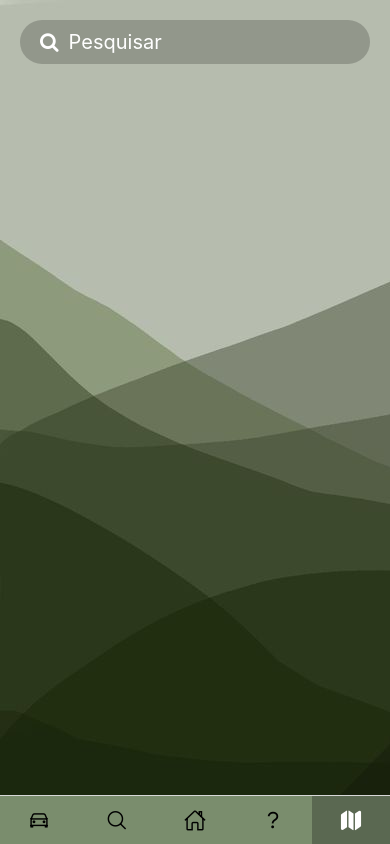
Repository: GabrielAron/EcoWheels
Screen: /Recarga
These files come from the project's save history. The screen is drawn as it stood at one moment and after the next save; the edit follows.
The app was drawn by React Native's web renderer in a window 390 px wide. The project was rebuilt for these pictures with package versions that can differ from the ones it lists, and the page was loaded fresh each time. Also part of the build but not shown: src/Paginas/Home/index.js, src/Paginas/Carros/index.js, src/Paginas/Ajuda/index.js.

Above is the screen before, as saved 2023-11-07 13:16:32.

After the next save:
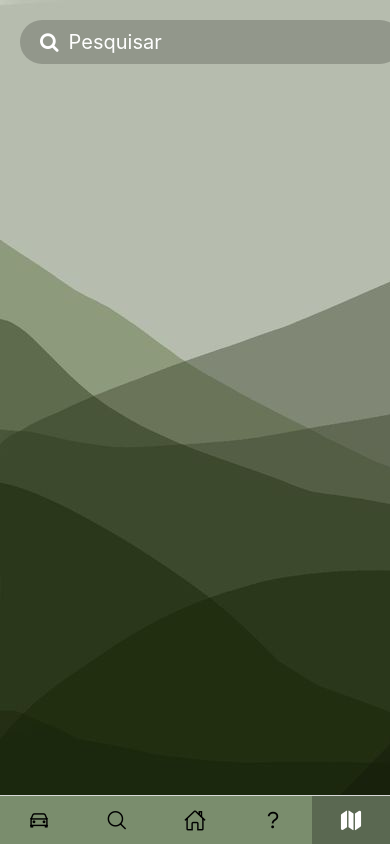
Saved 78 s later.
--- a/src/Paginas/Mapa/index.js
+++ b/src/Paginas/Mapa/index.js
@@ -61,7 +61,7 @@ const styles = StyleSheet.create({
     position: 'absolute', // Adicionado para posicionar no topo
     top: 0, // Adicionado para posicionar no topo
     left: 0, // Adicionado para posicionar no topo
-    right: 0, // Adicionado para posicionar no topo
+
   },
   icon: {
     marginRight: 10,
